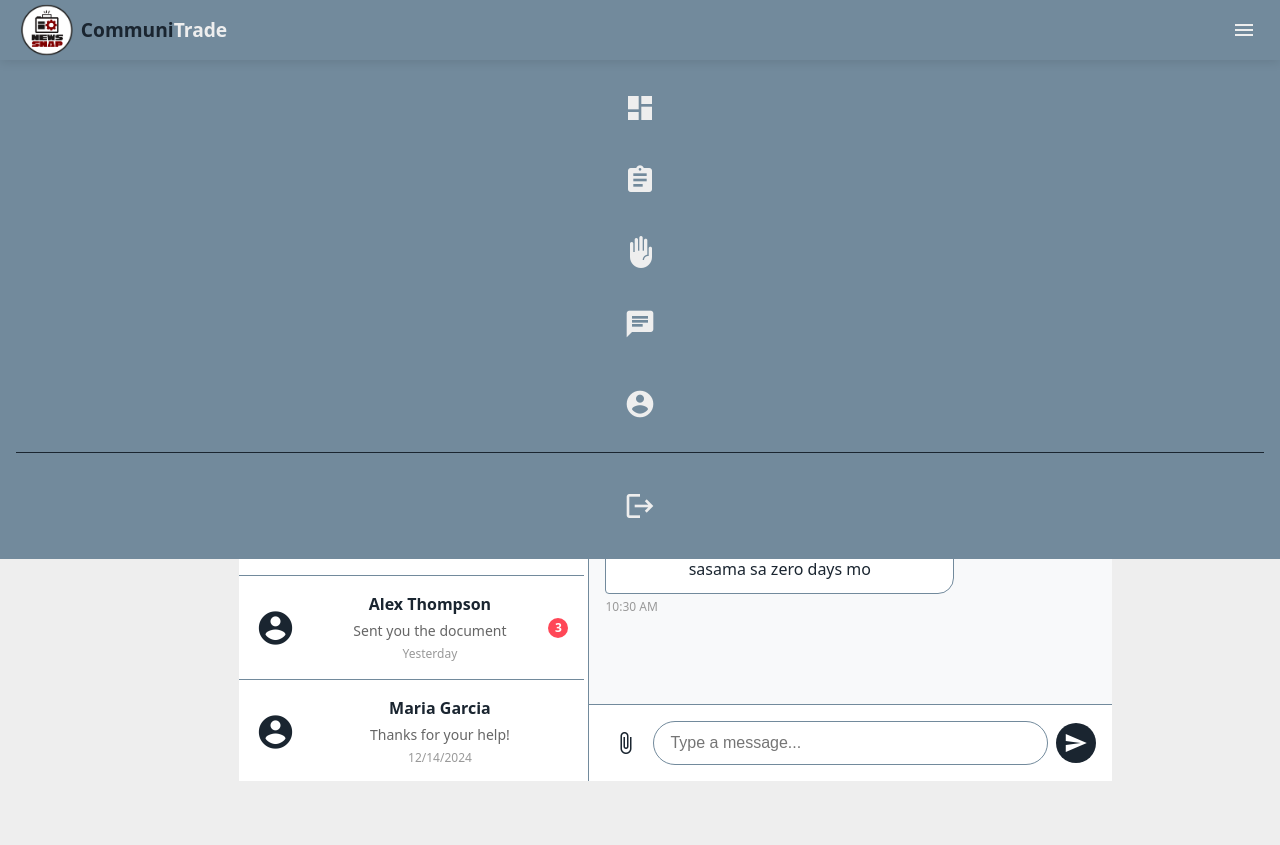
Repository: wholaanmo/news-snap
Page: /message
These files come from the project's save history. The page is drawn as it stood at one moment and after the next save; the edit follows.
The browser window is 1280 px wide. The pictures show the whole page.
The project was rebuilt for these pictures with package versions that can differ from the ones it lists, and the page was loaded fresh each time. Also part of the build but not shown: src/components/AdminNavbar.vue, src/components/AdminSidebar.vue, src/layouts/AdminLayout.vue.

Above is the page before, as saved 2025-10-15 19:59:55.

### index.html
<!doctype html>
<html lang="en">
  <head>
    <meta charset="UTF-8" />
    <link rel="icon" type="image/svg+xml" href="/vite.svg" />
    <meta name="viewport" content="width=device-width, initial-scale=1.0" />
    <title>CommuniTrade</title>
    <link href="https://fonts.googleapis.com/css2?family=Material+Icons"
      rel="stylesheet">
    <link href="https://fonts.googleapis.com/css2?family=Roboto:wght@400;700&display=swap" rel="stylesheet">
    <link href="https://fonts.googleapis.com/css2?family=Inter:wght@400;600&display=swap" rel="stylesheet">
  </head>
  <body>
    <div id="app"></div>
    <script type="module" src="/src/main.js"></script>
  </body>
</html>

### src/App.vue
<template>
  <div class="app">
    <router-view />
  </div>
</template>

<script setup>
// No need for layout logic here anymore - it's handled by individual layouts
</script>

<style lang="css">
:root {
  --primary: #1a2530;
  --grey: #728a9c;
  --dark: #0F0E0E;
  --dark-alt: #37353E;
  --light: #EEEEEE;
  --sidebar-width: 230px;
}

* {
  margin: 0;
  padding: 0;
  box-sizing: border-box;
  scrollbar-width: thin;
  scrollbar-color: #728a9c #f0f0f0;
}

body {
  background: var(--light);
}

button {
  cursor: pointer;
  appearance: none;
  border: none;
  outline: none;
  background: none;
}

.app {
  min-height: 100vh;
}
</style>

### src/layouts/UserLayout.vue
<template>
    <div class="user-layout">
      <UserNavbar :toggle-sidebar="toggleSidebar" />
      <div class="layout-body">
        <UserSidebar :isOpen="sidebarOpen" @toggle="sidebarOpen = $event" />
        <main class="user-content" :class="sidebarOpen && 'sidebar-open'">
          <router-view />
        </main>
      </div>
    </div>
  </template>

  <script setup>
  import { ref } from 'vue'
  import UserNavbar from '@/components/Navbar.vue'
  import UserSidebar from '@/components/Sidebar.vue'

  const sidebarOpen = ref(false)

  const toggleSidebar = () => {
    sidebarOpen.value = !sidebarOpen.value
  }
  </script>

  <style scoped>
  .user-layout {
    min-height: 100vh;
  }

  .layout-body {
    display: flex;
    min-height: calc(100vh - 60px);
    margin-top: 30px; /* Account for navbar height */
  }

  .user-content {
    flex: 1 1 0;
    margin-left: calc(1.5rem + 32px);
    transition: margin-left 0.2s ease-out;
    padding: 2rem;
  }

  .user-content.sidebar-open {
    margin-left: var(--sidebar-width);
  }

  @media (max-width: 768px) {
    .user-content {
      margin-left: 0;
      padding: 1rem;
    }

    .user-content.sidebar-open {
      margin-left: 0;
    }
  }
  </style>

### src/views/message.vue
<template>
  <div class="message-page">
    <!-- Sidebar with conversation list -->
    <div class="conversation-sidebar" :class="{ 'sidebar-collapsed': !isSidebarExpanded }">
      <div class="sidebar-header">
        <h2>Messages</h2>
      </div>

      <div class="conversation-list">
        <div
          v-for="conversation in conversations"
          :key="conversation.id"
          class="conversation-item"
          :class="{ active: activeConversation?.id === conversation.id }"
          @click="selectConversation(conversation)"
        >
          <div class="avatar">
            <span class="material-icons">account_circle</span>
          </div>
          <div class="conversation-info">
            <div class="user-name">{{ conversation.userName }}</div>
            <div class="last-message">{{ conversation.lastMessage }}</div>
            <div class="timestamp">{{ conversation.timestamp }}</div>
          </div>
          <div v-if="conversation.unreadCount > 0" class="unread-badge">
            {{ conversation.unreadCount }}
          </div>
        </div>
      </div>
    </div>

    <!-- Main chat area -->
    <div class="chat-area">
      <div v-if="activeConversation" class="chat-container">
        <!-- Chat header -->
        <div class="chat-header">
          <div class="chat-user-info">
            <span class="material-icons">account_circle</span>
            <span class="user-name">{{ activeConversation.userName }}</span>
            <span class="status" :class="activeConversation.status">{{ activeConversation.status }}</span>
          </div>
        </div>

        <!-- Messages container -->
        <div class="messages-container" ref="messagesContainer">
          <div
            v-for="message in activeConversation.messages"
            :key="message.id"
            class="message"
            :class="message.sender"
          >
            <div class="message-content">
              <img
                v-if="message.type === 'image'"
                :src="message.content"
                alt="Sent image"
                class="message-image"
                @click="openImageModal(message.content)"
              />
              <span v-else>{{ message.content }}</span>
            </div>
            <div class="message-time">
              {{ message.time }}
            </div>
          </div>
        </div>

        <!-- Message input -->
        <div class="message-input-container">
          <div class="input-wrapper">
            <input
              ref="fileInput"
              type="file"
              accept="image/*"
              style="display: none"
              @change="handleImageUpload"
            />
            <button @click="triggerFileInput" class="attachment-button">
              <span class="material-icons">attach_file</span>
            </button>
            <input
              v-model="newMessage"
              type="text"
              placeholder="Type a message..."
              @keyup.enter="sendMessage"
              class="message-input"
            >
            <button @click="sendMessage" class="send-button">
              <span class="material-icons">send</span>
            </button>
          </div>
        </div>
      </div>

      <!-- Empty state when no conversation selected -->
      <div v-else class="no-conversation">
        <div class="empty-state">
          <span class="material-icons">chat</span>
          <h3>Select a conversation</h3>
          <p>Choose a conversation from the list to start messaging</p>
        </div>
      </div>
    </div>

    <!-- Image Modal -->
    <div v-if="selectedImage" class="image-modal" @click="closeImageModal">
      <div class="modal-content">
        <img :src="selectedImage" alt="Full size image" />
        <button class="close-modal" @click="closeImageModal">
          <span class="material-icons">close</span>
        </button>
      </div>
    </div>
  </div>
</template>

<script setup>
import { ref, onMounted, nextTick } from 'vue'

// Reactive data
const isSidebarExpanded = ref(true)
const activeConversation = ref(null)
const newMessage = ref('')
const messagesContainer = ref(null)
const fileInput = ref(null)
const selectedImage = ref(null)

// Sample conversations data
const conversations = ref([
  {
    id: 1,
    userName: 'John Doe',
    lastMessage: 'Thanks for the help!',
    timestamp: '10:30 AM',
    unreadCount: 2,
    status: 'online',
    messages: [
      { id: 1, content: 'Hi sah!', sender: 'them', time: '10:15 AM' },
      { id: 2, content: 'Uy musta my young stunna?', sender: 'me', time: '10:16 AM' },
      { id: 3, content: 'Need ko help sa project namin', sender: 'them', time: '10:20 AM' },
      { id: 4, content: 'Ay bounce na ko jan sah', sender: 'me', time: '10:25 AM' },
      { id: 5, content: 'Awit, makikita mo talaga kung sino sasama sa zero days mo', sender: 'them', time: '10:30 AM' }
    ]
  },
  {
    id: 2,
    userName: 'Sarah Wilson',
    lastMessage: 'See you tomorrow!',
    timestamp: 'Yesterday',
    unreadCount: 0,
    status: 'offline',
    messages: [
      { id: 1, content: 'Meeting tomorrow at 3 PM', sender: 'them', time: 'Yesterday' },
      { id: 2, content: 'Owkie dowkie', sender: 'me', time: 'Yesterday' }
    ]
  },
  {
    id: 3,
    userName: 'Mike Johnson',
    lastMessage: 'Tapos na po maem',
    timestamp: '12/15/2024',
    unreadCount: 1,
    status: 'online',
    messages: [
      { id: 1, content: 'The files you requested are ready for review', sender: 'them', time: '12/15/2024' }
    ]
  },
  {
    id: 4,
    userName: 'Emily Davis',
    lastMessage: 'Are we still meeting today?',
    timestamp: '11:45 AM',
    unreadCount: 0,
    status: 'online',
    messages: [
      { id: 1, content: 'Hey, are you available for a quick call?', sender: 'them', time: '11:30 AM' },
      { id: 2, content: 'Sure, what time works for you?', sender: 'me', time: '11:35 AM' }
    ]
  },
  {
    id: 5,
    userName: 'Alex Thompson',
    lastMessage: 'Sent you the document',
    timestamp: 'Yesterday',
    unreadCount: 3,
    status: 'online',
    messages: [
      { id: 1, content: 'Can you review this document when you have time?', sender: 'them', time: 'Yesterday' },
      { id: 2, content: 'Of course, send it over', sender: 'me', time: 'Yesterday' }
    ]
  },
  {
    id: 6,
    userName: 'Maria Garcia',
    lastMessage: 'Thanks for your help!',
    timestamp: '12/14/2024',
    unreadCount: 0,
    status: 'offline',
    messages: [
      { id: 1, content: 'I really appreciate your assistance with the project', sender: 'them', time: '12/14/2024' },
      { id: 2, content: 'Happy to help anytime!', sender: 'me', time: '12/14/2024' }
    ]
  },
  {
    id: 7,
    userName: 'David Chen',
    lastMessage: 'Lets catch up soon',
    timestamp: '12/13/2024',
    unreadCount: 1,
    status: 'online',
    messages: [
      { id: 1, content: 'Long time no see! How have you been?', sender: 'them', time: '12/13/2024' },
      { id: 2, content: 'Doing great! We should definitely meet up', sender: 'me', time: '12/13/2024' }
    ]
  },
  {
    id: 8,
    userName: 'Lisa Rodriguez',
    lastMessage: 'The package arrived',
    timestamp: '12/12/2024',
    unreadCount: 0,
    status: 'offline',
    messages: [
      { id: 1, content: 'Just wanted to let you know the package arrived safely', sender: 'them', time: '12/12/2024' },
      { id: 2, content: 'Great! Thanks for the update', sender: 'me', time: '12/12/2024' }
    ]
  },
  {
    id: 9,
    userName: 'Kevin Wilson',
    lastMessage: 'Check this out!',
    timestamp: '12/11/2024',
    unreadCount: 2,
    status: 'online',
    messages: [
      { id: 1, content: 'Found this interesting article you might like', sender: 'them', time: '12/11/2024' },
      { id: 2, content: 'Looks cool, Ill read it later', sender: 'me', time: '12/11/2024' }
    ]
  }
])

// Methods
const toggleSidebar = () => {
  isSidebarExpanded.value = !isSidebarExpanded.value
}

const selectConversation = (conversation) => {
  activeConversation.value = conversation
  // Mark as read when selected
  conversation.unreadCount = 0
  // Scroll to bottom of messages
  nextTick(() => {
    scrollToBottom()
  })
}

const sendMessage = () => {
  if (!newMessage.value.trim() || !activeConversation.value) return

  const newMsg = {
    id: Date.now(),
    content: newMessage.value,
    sender: 'me',
    time: new Date().toLocaleTimeString([], { hour: '2-digit', minute: '2-digit' })
  }

  activeConversation.value.messages.push(newMsg)
  activeConversation.value.lastMessage = newMessage.value
  activeConversation.value.timestamp = 'Just now'

  newMessage.value = ''

  // Scroll to bottom after sending
  nextTick(() => {
    scrollToBottom()
  })
}

const triggerFileInput = () => {
  fileInput.value.click()
}

const handleImageUpload = (event) => {
  const file = event.target.files[0]
  if (file && file.type.startsWith('image/')) {
    const reader = new FileReader()
    reader.onload = (e) => {
      const imageMsg = {
        id: Date.now(),
        content: e.target.result,
        sender: 'me',
        type: 'image',
        time: new Date().toLocaleTimeString([], { hour: '2-digit', minute: '2-digit' })
      }

      activeConversation.value.messages.push(imageMsg)
      activeConversation.value.lastMessage = 'Sent an image'
      activeConversation.value.timestamp = 'Just now'

      // Scroll to bottom after sending
      nextTick(() => {
        scrollToBottom()
      })
    }
    reader.readAsDataURL(file)
  }

  // Reset file input
  event.target.value = ''
}

const openImageModal = (imageSrc) => {
  selectedImage.value = imageSrc
}

const closeImageModal = () => {
  selectedImage.value = null
}

const scrollToBottom = () => {
  if (messagesContainer.value) {
    messagesContainer.value.scrollTop = messagesContainer.value.scrollHeight
  }
}

// Lifecycle
onMounted(() => {
  // Select first conversation by default
  if (conversations.value.length > 0) {
    selectConversation(conversations.value[0])
  }
})
</script>

<style scoped>
.message-page {
  display: flex;
  height: calc(100vh - 30px);
  margin-top: -3px;
  background-color: var(--light);
}

/* Conversation Sidebar Styles */
.conversation-sidebar {
  width: 350px;
  background-color: white;
  border-right: 1px solid var(--grey);
  display: flex;
  flex-direction: column;
  transition: width 0.3s ease;
  overflow: hidden;
}

.sidebar-collapsed {
  width: 60px;
}

.sidebar-header {
  display: flex;
  justify-content: space-between;
  align-items: center;
  padding: 1rem;
  border-bottom: 1px solid var(--grey);
  background-color: var(--grey);
}

.sidebar-header h2 {
  margin: 0;
  color: var(--primary);
  font-size: 1.5rem;
}

.toggle-sidebar {
  background: none;
  border: none;
  cursor: pointer;
  color: var(--primary);
  padding: 0.5rem;
  border-radius: 0.25rem;
}

.toggle-sidebar:hover {
  background-color: var(--light);
}

.conversation-list {
  flex: 1;
  overflow-y: auto;
  padding-right: 4px;
}

/* Custom scrollbar for conversation list */
.conversation-list::-webkit-scrollbar {
  width: 8px;
}

.conversation-list::-webkit-scrollbar-track {
  background: #f1f1f1;
  border-radius: 4px;
}

.conversation-list::-webkit-scrollbar-thumb {
  background: var(--primary);
  border-radius: 4px;
}

.conversation-list::-webkit-scrollbar-thumb:hover {
  background: var(--dark);
}

.conversation-item {
  display: flex;
  align-items: center;
  padding: 1rem;
  cursor: pointer;
  border-bottom: 1px solid var(--grey);
  transition: background-color 0.2s ease;
  position: relative;
}

.conversation-item:hover {
  background-color: var(--light);
}

.conversation-item.active {
  background-color: var(--primary);
  color: white;
}

.conversation-item.active .user-name,
.conversation-item.active .last-message,
.conversation-item.active .timestamp {
  color: white;
}

.avatar {
  margin-right: 1rem;
  flex-shrink: 0;
}

.avatar .material-icons {
  font-size: 2.5rem;
  color: var(--primary);
}

.conversation-item.active .avatar .material-icons {
  color: white;
}

.conversation-info {
  flex: 1;
  min-width: 0;
}

.user-name {
  font-weight: 600;
  margin-bottom: 0.25rem;
  color: var(--primary);
}

.last-message {
  font-size: 0.875rem;
  color: #666;
  white-space: nowrap;
  overflow: hidden;
  text-overflow: ellipsis;
}

.timestamp {
  font-size: 0.75rem;
  color: #999;
  margin-top: 0.25rem;
}

.unread-badge {
  background-color: #ff4757;
  color: white;
  border-radius: 50%;
  width: 20px;
  height: 20px;
  display: flex;
  align-items: center;
  justify-content: center;
  font-size: 0.75rem;
  font-weight: 600;
}

/* Chat Area Styles */
.chat-area {
  flex: 1;
  display: flex;
  flex-direction: column;
  background-color: white;
}

.chat-container {
  display: flex;
  flex-direction: column;
  height: 100%;
  width: 103%;
}

.chat-header {
  padding: 1rem;
  border-bottom: 1px solid var(--grey);
  background-color: white;
}

.chat-user-info {
  display: flex;
  align-items: center;
  gap: 0.5rem;
}

.chat-user-info .material-icons {
  font-size: 2rem;
  color: var(--primary);
}

.status {
  font-size: 0.875rem;
  padding: 0.25rem 0.5rem;
  border-radius: 1rem;
  text-transform: capitalize;
}

.status.online {
  background-color: #2ed573;
  color: white;
}

.status.offline {
  background-color: #747d8c;
  color: white;
}

.messages-container {
  flex: 1;
  padding: 1rem;
  overflow-y: auto;
  display: flex;
  flex-direction: column;
  gap: 1rem;
  background-color: #f8f9fa;
  padding-right: 8px;
}

/* Custom scrollbar for messages container */
.messages-container::-webkit-scrollbar {
  width: 6px;
}

.messages-container::-webkit-scrollbar-track {
  background: #e9ecef;
  border-radius: 3px;
}

.messages-container::-webkit-scrollbar-thumb {
  background: #adb5bd;
  border-radius: 3px;
}

.messages-container::-webkit-scrollbar-thumb:hover {
  background: #6c757d;
}

.message {
  display: flex;
  flex-direction: column;
  max-width: 70%;
}

.message.me {
  align-self: flex-end;
  align-items: flex-end;
}

.message.them {
  align-self: flex-start;
  align-items: flex-start;
}

.message-content {
  padding: 0.75rem 1rem;
  border-radius: 1rem;
  word-wrap: break-word;
}

.message.me .message-content {
  background-color: var(--primary);
  color: white;
  border-bottom-right-radius: 0.25rem;
}

.message.them .message-content {
  background-color: white;
  color: var(--primary);
  border: 1px solid var(--grey);
  border-bottom-left-radius: 0.25rem;
}

.message-image {
  max-width: 300px;
  max-height: 300px;
  border-radius: 0.5rem;
  cursor: pointer;
  transition: transform 0.2s ease;
}

.message-image:hover {
  transform: scale(1.02);
}

.message-time {
  font-size: 0.75rem;
  color: #999;
  margin-top: 0.25rem;
}

.message-input-container {
  padding: 1rem;
  border-top: 1px solid var(--grey);
  background-color: white;
}

.input-wrapper {
  display: flex;
  gap: 0.5rem;
  align-items: center;
}

.attachment-button {
  background: none;
  border: none;
  color: var(--primary);
  cursor: pointer;
  padding: 0.5rem;
  border-radius: 50%;
  transition: background-color 0.2s ease;
}

.attachment-button:hover {
  background-color: var(--light);
}

.message-input {
  flex: 1;
  padding: 0.75rem 1rem;
  border: 1px solid var(--grey);
  border-radius: 2rem;
  outline: none;
  font-size: 1rem;
}

.message-input:focus {
  border-color: var(--primary);
}

.send-button {
  background-color: var(--primary);
  color: white;
  border: none;
  border-radius: 50%;
  width: 40px;
  height: 40px;
  display: flex;
  align-items: center;
  justify-content: center;
  cursor: pointer;
  transition: background-color 0.2s ease;
}

.send-button:hover {
  background-color: var(--dark);
}

.no-conversation {
  flex: 1;
  display: flex;
  align-items: center;
  justify-content: center;
  background-color: #f8f9fa;
}

.empty-state {
  text-align: center;
  color: #666;
}

.empty-state .material-icons {
  font-size: 4rem;
  color: var(--grey);
  margin-bottom: 1rem;
}

/* Image Modal Styles */
.image-modal {
  position: fixed;
  top: 0;
  left: 0;
  width: 100%;
  height: 100%;
  background-color: rgba(0, 0, 0, 0.9);
  display: flex;
  align-items: center;
  justify-content: center;
  z-index: 1000;
}

.modal-content {
  position: relative;
  max-width: 90%;
  max-height: 90%;
}

.modal-content img {
  max-width: 100%;
  max-height: 90vh;
  border-radius: 0.5rem;
}

.close-modal {
  position: absolute;
  top: -40px;
  right: 0;
  background: none;
  border: none;
  color: white;
  font-size: 2rem;
  cursor: pointer;
  padding: 0.5rem;
}

/* Responsive Design */
@media (max-width: 768px) {
  .conversation-sidebar {
    position: absolute;
    left: 0;
    top: 0;
    height: 100%;
    z-index: 98;
    transform: translateX(0);
  }

  .sidebar-collapsed {
    transform: translateX(-100%);
  }

  .chat-area {
    width: 100%;
  }

  .message {
    max-width: 85%;
  }

  .message-image {
    max-width: 200px;
    max-height: 200px;
  }
}

/* Material Icons alignment fix */
.material-icons {
  vertical-align: bottom;
}
</style>

### src/components/Navbar.vue
<template>
  <nav class="navbar">
    <div class="navbar-content">
      <div class="navbar-left">
        <div class="logo-container">
          <img src="../assets/CommuniTrade.png" alt="CommuniTrade Logo" class="logo-img">
          <p class="logo-text">Communi<span class="logo-text1">Trade</span></p>
        </div>
      </div>

      <div class="navbar-right">
        <button class="hamburger-btn" @click="toggleSidebar">
          <span class="material-icons">menu</span>
        </button>
      </div>
    </div>
  </nav>
</template>

<script setup>
defineProps({
  toggleSidebar: Function
})
</script>

<style scoped>
.navbar {
  position: fixed;
  top: 0;
  left: 0;
  right: 0;
  height: 60px;
  background-color: var(--grey);
  color: var(--light);
  z-index: 98;
  box-shadow: 0 2px 10px rgba(0, 0, 0, 0.1);
}

.navbar-content {
  display: flex;
  align-items: center;
  justify-content: space-between;
  height: 100%;
  padding: 0 1rem;
}

.navbar-left {
  display: flex;
  align-items: center;
}

.navbar-right {
  display: flex;
  align-items: center;
}

.logo-container {
  display: flex;
  align-items: center;
  gap: 0.5rem;
}

.logo-img {
  width: 52px;
  height: 52px;
  object-fit: contain;
  margin-left: 0.3rem;
}

.logo-text1 {
  font-weight: bold;
  font-size: 1.2rem;
  color: var(--light);
}

.logo-text {
  font-weight: bold;
  font-size: 1.2rem;
  color: var(--primary);
}

.hamburger-btn {
  display: flex;
  align-items: center;
  justify-content: center;
  width: 40px;
  height: 40px;
  border-radius: 50%;
  transition: all 0.3s ease;
  color: var(--light);
}

.hamburger-btn:hover {
  color: var(--primary);
  transform: rotate(180deg);
}

/* Remove the media query that hides the logo text */
/* @media (max-width: 768px) {
  .logo-text {
    display: none;
  }
} */

/* Instead, adjust font size for very small screens */
@media (max-width: 480px) {
  .logo-text {
    font-size: 1rem;
  }

  .logo-img {
    width: 35px;
    height: 35px;
  }
}

@media (max-width: 360px) {
  .logo-text {
    font-size: 0.9rem;
  }
}
</style>

Loaded but not shown: src/style.css (common file); src/main.js (98 lines, source omitted); src/components/Sidebar.vue (236 lines, source omitted)

After the next save:
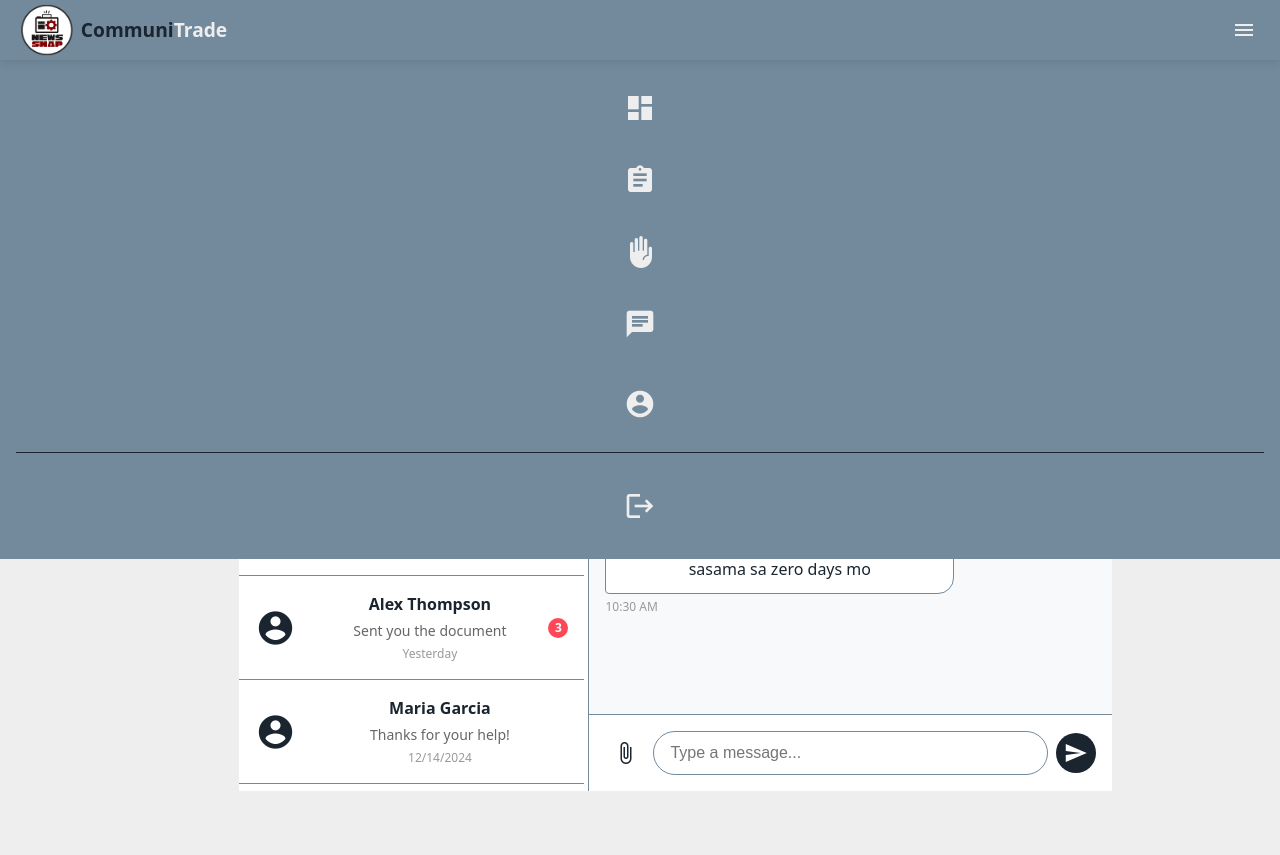
Saved 4 s later.
--- a/src/views/message.vue
+++ b/src/views/message.vue
@@ -335,7 +335,7 @@ onMounted(() => {
 <style scoped>
 .message-page {
   display: flex;
-  height: calc(100vh - 30px);
+  height: calc(100vh - 20px);
   margin-top: -3px;
   background-color: var(--light);
 }
